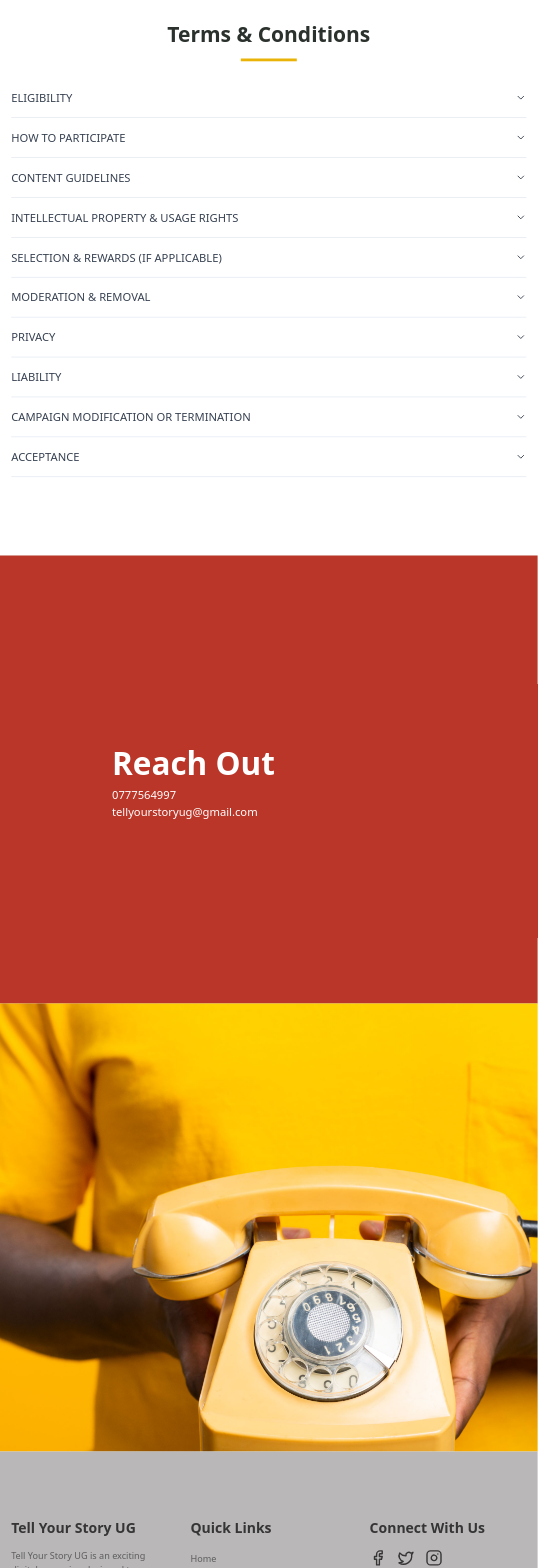
Repository: kaizoku010/take.part
Page: /
The author's editor kept a copy of each file at every save. The page is drawn from the files as they stood at one save, then again after a run of saves.
The browser window is 768 px wide. The pictures show the part of the page from y = 3742 to 5982 px (the page is 6315 px tall), at 70% of full size.
Backgrounds fixed to the window are drawn as part of the page. The project was rebuilt for these pictures with package versions that can differ from the ones it lists, and the page was loaded fresh each time. Also part of the build but not shown: vite.config.ts, src/components/ui/tooltip.tsx, src/pages/About.tsx, src/components/ui/input.tsx, src/pages/Stories.tsx, src/pages/StoryDetail.tsx, src/components/ui/use-toast.ts, src/components/ui/label.tsx and 3 more.

Above is the page before, as saved 2025-04-14 17:04:57.

### index.html

<!DOCTYPE html>
<html lang="en">
  <head>
    <meta charset="UTF-8" />
    <meta name="viewport" content="width=device-width, initial-scale=1.0" />
    <title>TAKE PART</title>
    <meta name="description" content="Share your Ugandan tourism experiences and inspire others to explore the Pearl of Africa" />
    <meta name="author" content="muneza dixon" />

    <meta property="og:title" content="Tell Your Story UG - Explore Uganda" />
    <meta property="og:description" content="Share your Ugandan tourism experiences and inspire others to explore the Pearl of Africa" />

    <!-- Meta Pixel Code -->
    <script>
    !function(f,b,e,v,n,t,s)
    {if(f.fbq)return;n=f.fbq=function(){n.callMethod?
    n.callMethod.apply(n,arguments):n.queue.push(arguments)};
    if(!f._fbq)f._fbq=n;n.push=n;n.loaded=!0;n.version='2.0';
    n.queue=[];t=b.createElement(e);t.async=!0;
    t.src=v;s=b.getElementsByTagName(e)[0];
    s.parentNode.insertBefore(t,s)}(window, document,'script',
    'https://connect.facebook.net/en_US/fbevents.js');
    fbq('init', '1846327909352916');
    fbq('track', 'PageView');
    </script>
    <!-- End Meta Pixel Code -->
  </head>

  <body>
    <div id="root"></div>
    <!-- Facebook Pixel noscript -->
    <noscript><img height="1" width="1" style="display:none"
    src="https://www.facebook.com/tr?id=1846327909352916&ev=PageView&noscript=1"
    /></noscript>
    <!-- IMPORTANT: DO NOT REMOVE THIS SCRIPT TAG OR THIS VERY COMMENT! -->
    <script src="https://cdn.gpteng.co/gptengineer.js" type="module"></script>
    <script type="module" src="/src/main.tsx"></script>
  </body>
</html>

### src/App.tsx

import { Toaster } from "@/components/ui/toaster";
import { Toaster as Sonner } from "@/components/ui/sonner";
import { TooltipProvider } from "@/components/ui/tooltip";
import { QueryClient, QueryClientProvider } from "@tanstack/react-query";
import { BrowserRouter, Routes, Route } from "react-router-dom";
import Home from "./pages/Home";
import About from "./pages/About";
import Stories from "./pages/Stories";
import StoryDetail from "./pages/StoryDetail";
import SubmitStory from "./pages/SubmitStory";
import NotFound from "./pages/NotFound";
import "./mdx.css";
import "./mobile.css"

const queryClient = new QueryClient();

const App = () => (
  <QueryClientProvider client={queryClient}>
    <TooltipProvider>
      <Toaster />
      <Sonner />
      <BrowserRouter>
        <Routes>
          <Route path="/" element={<Home />} />
          <Route path="/about" element={<About />} />
          <Route path="/stories" element={<Stories />} />
          <Route path="/stories/:id" element={<StoryDetail />} />
          <Route path="/submit-story" element={<SubmitStory />} />
          {/* ADD ALL CUSTOM ROUTES ABOVE THE CATCH-ALL "*" ROUTE */}
          <Route path="*" element={<NotFound />} />
        </Routes>
      </BrowserRouter>
    </TooltipProvider>
  </QueryClientProvider>
);

export default App;

### src/index.css
@tailwind base;
@tailwind components;
@tailwind utilities;

@layer base {
  :root {
    --background: 0 0% 100%;
    --foreground: 222.2 84% 4.9%;

    --card: 0 0% 100%;
    --card-foreground: 222.2 84% 4.9%;

    --popover: 0 0% 100%;
    --popover-foreground: 222.2 84% 4.9%;

    /* Main Orange/Gold */
    --primary: 41.81 100% 49.8%;
    --primary-foreground: 210 40% 98%;

    /* Rust Red */
    --secondary: 5.38 63.88% 44.51%;
    --secondary-foreground: 210 40% 98%;

    /* Change accent to Rust Red */
    --accent: 5.38 63.88% 44.51%;
    --accent-foreground: 210 40% 98%;

    --muted: 210 40% 96.1%;
    --muted-foreground: 215.4 16.3% 46.9%;

    --destructive: 0 84.2% 60.2%;
    --destructive-foreground: 210 40% 98%;

    --border: 214.3 31.8% 91.4%;
    --input: 214.3 31.8% 91.4%;
    --ring: 5.38 63.88% 44.51%;  /* Changed to Rust Red */

    --radius: 0.5rem;

    --sidebar-background: 0 0% 98%;

    --sidebar-foreground: 240 5.3% 26.1%;

    --sidebar-primary: 240 5.9% 10%;

    --sidebar-primary-foreground: 0 0% 98%;

    --sidebar-accent: 240 4.8% 95.9%;

    --sidebar-accent-foreground: 240 5.9% 10%;

    --sidebar-border: 220 13% 91%;

    --sidebar-ring: 217.2 91.2% 59.8%;
  }

  .dark {
    --background: 222.2 84% 4.9%;
    --foreground: 210 40% 98%;

    --card: 222.2 84% 4.9%;
    --card-foreground: 210 40% 98%;

    --popover: 222.2 84% 4.9%;
    --popover-foreground: 210 40% 98%;

    /* Main Orange/Gold */
    --primary: 41.81 100% 49.8%;
    --primary-foreground: 210 40% 98%;

    /* Rust Red */
    --secondary: 5.38 63.88% 44.51%;
    --secondary-foreground: 210 40% 98%;

    /* Change accent to Rust Red */
    --accent: 5.38 63.88% 44.51%;
    --accent-foreground: 210 40% 98%;

    --muted: 217.2 32.6% 17.5%;
    --muted-foreground: 215 20.2% 65.1%;

    --destructive: 0 62.8% 30.6%;
    --destructive-foreground: 210 40% 98%;

    --border: 217.2 32.6% 17.5%;
    --input: 217.2 32.6% 17.5%;
    --ring: 5.38 63.88% 44.51%;  /* Changed to Rust Red */
    --sidebar-background: 240 5.9% 10%;
    --sidebar-foreground: 240 4.8% 95.9%;
    --sidebar-primary: 224.3 76.3% 48%;
    --sidebar-primary-foreground: 0 0% 100%;
    --sidebar-accent: 240 3.7% 15.9%;
    --sidebar-accent-foreground: 240 4.8% 95.9%;
    --sidebar-border: 240 3.7% 15.9%;
    --sidebar-ring: 217.2 91.2% 59.8%;
  }
}

@layer base {
  * {
    @apply border-border;
  }

  body {
    @apply bg-background text-foreground;
  }
}

### src/components/ui/toaster.tsx
import { useToast } from "@/hooks/use-toast"
import {
  Toast,
  ToastClose,
  ToastDescription,
  ToastProvider,
  ToastTitle,
  ToastViewport,
} from "@/components/ui/toast"

export function Toaster() {
  const { toasts } = useToast()

  return (
    <ToastProvider>
      {toasts.map(function ({ id, title, description, action, ...props }) {
        return (
          <Toast key={id} {...props}>
            <div className="grid gap-1">
              {title && <ToastTitle>{title}</ToastTitle>}
              {description && (
                <ToastDescription>{description}</ToastDescription>
              )}
            </div>
            {action}
            <ToastClose />
          </Toast>
        )
      })}
      <ToastViewport />
    </ToastProvider>
  )
}

### src/components/ui/sonner.tsx
import { useTheme } from "next-themes"
import { Toaster as Sonner, toast } from "sonner"

type ToasterProps = React.ComponentProps<typeof Sonner>

const Toaster = ({ ...props }: ToasterProps) => {
  const { theme = "system" } = useTheme()

  return (
    <Sonner
      theme={theme as ToasterProps["theme"]}
      className="toaster group"
      toastOptions={{
        classNames: {
          toast:
            "group toast group-[.toaster]:bg-background group-[.toaster]:text-foreground group-[.toaster]:border-border group-[.toaster]:shadow-lg",
          description: "group-[.toast]:text-muted-foreground",
          actionButton:
            "group-[.toast]:bg-primary group-[.toast]:text-primary-foreground",
          cancelButton:
            "group-[.toast]:bg-muted group-[.toast]:text-muted-foreground",
        },
      }}
      {...props}
    />
  )
}

export { Toaster, toast }

### src/mdx.css
#hero-text{
    font-size: 1.2rem !important;
    line-height: unset !important;
}

#logo{
    width: 6rem !important;
}

#nav{
    background-color: white !important;

}

#link{
    font-size: small !important;
    font-weight: 500;
color:rgba(0, 0, 0, 0.658) !important;
}


.bg-green-800{
    background-color: #ba3629 !important;
}

.bg-yellow-800{
    background-color: rgb(254, 177, 0) !important;
}


.bg-yellow-dx{
    background-color: rgb(254, 177, 0) !important;
}

.bg-green-900 {
    color: rgb(54, 53, 53) !important;
background-color: rgb(185, 183, 183) !important;
}


.text-green-800 {
    --tw-text-opacity: 1;
    color: rgb(43 49 45) !important;
}


.text-gray-hound{
    font-size: small;
    color: rgb(94, 94, 94) !important;
}


#carousel-section{
    padding-top: 5rem;
    padding-bottom: 5rem;
    background-color: #feb100 !important;
}

.bg-background {
    background-color: #212120 !important;
}

#prizes-section{
    height: 40rem !important;
    display: flex;
    padding-left: 10rem;
    background-position: bottom;
    background-attachment: fixed;
    width: 100%;
    background-image: url("../src/media/zebs.jpg");
}


.content-prizes{
display: flex;
/* background-color: red; */
width: 100%;
flex-direction: column;
justify-content: center;
}

.content-prizes-2{
display: flex;
background-color: transparent;
width: 100%;
flex-direction: column;
}

.win-title{

    font-weight: 800;
    font-size: 2rem;
    margin-bottom: 1rem;
    color: white;
}

.prize{
    display: flex;

    /* margin-bottom: 1rem; */
    font-weight: 200;
    /* font-size: 2rem; */
    align-items: center;
    color: white;
}

.prize img{
    width: 2.5rem;
    height: 2rem;
}


.take-part{
    background-color: #feb100;
    color: rgb(54, 52, 52);
    padding: 0.7rem;
    margin-top: 2rem;
    width: 10rem;
    font-weight: bold;
    font-size: small;
    border-radius: 10px;

}

.take-part:hover{
    color: white !important;
background-color: #ba3629 !important;
}


#vist-ug{
    background-color: #ba3629 !important;
}


#vist-ug:hover{
    background-color: transparent !important;
}


#footer{
    padding-top: 6rem;
    padding-bottom: 6rem;
}

#cta{
    height: 30rem;
    display: flex;
    flex-direction: column;
    justify-content: center;
    /* padding-top: 5rem !important;
    padding-bottom: 5rem !important; */
}


#contact{
    display: flex;
    /* background-image: url("../src/media/call.jpg"); */
}


#cta-section{
    width: 100%;
    height: 40rem;
    justify-content: center;
    display: flex;
    color: white;
    flex-direction: column;
    background-color: #ba3629 !important;
}

#cta-section-2{
    width: 100%;
    height: 40rem;
    background-size: cover;
    background-image: url("../src/media/call.jpg");
    background-color: #feb100 !important;
}

.call-title{
    padding-left: 10rem;
    font-size: 45px;
    font-weight: 800;

}

#cta-section > p{
    padding-left: 10rem;

}

### src/mobile.css
@media (max-width: 768px) {
    header {
      padding: 0.5rem 0;
    }

    .mobile-menu {
      position: absolute;
      top: 100%;
      left: 0;
      right: 0;
      background-color: #166534; /* green-800 */
      padding: 1rem;
      box-shadow: 0 2px 4px rgba(0,0,0,0.1);
    }

    .mobile-menu a {
      display: block;
      padding: 0.75rem 1rem;
      color: white;
      border-bottom: 1px solid rgba(255,255,255,0.1);
    }

    .mobile-menu a:last-child {
      border-bottom: none;
    }


    #contact {
        display: flex;
        flex-direction: column;
    }

#cta-section{
    flex-direction: column;
}

  }

### src/components/ui/button.tsx
import * as React from "react"
import { Slot } from "@radix-ui/react-slot"
import { cva, type VariantProps } from "class-variance-authority"

import { cn } from "@/lib/utils"

const buttonVariants = cva(
  "inline-flex items-center justify-center gap-2 whitespace-nowrap rounded-md text-sm font-medium ring-offset-background transition-colors focus-visible:outline-none focus-visible:ring-2 focus-visible:ring-ring focus-visible:ring-offset-2 disabled:pointer-events-none disabled:opacity-50 [&_svg]:pointer-events-none [&_svg]:size-4 [&_svg]:shrink-0",
  {
    variants: {
      variant: {
        default: "bg-primary text-primary-foreground hover:bg-primary/90",
        destructive:
          "bg-destructive text-destructive-foreground hover:bg-destructive/90",
        outline:
          "border border-input bg-background hover:bg-accent hover:text-accent-foreground",
        secondary:
          "bg-secondary text-secondary-foreground hover:bg-secondary/80",
        ghost: "hover:bg-accent hover:text-accent-foreground",
        link: "text-primary underline-offset-4 hover:underline",
      },
      size: {
        default: "h-10 px-4 py-2",
        sm: "h-9 rounded-md px-3",
        lg: "h-11 rounded-md px-8",
        icon: "h-10 w-10",
      },
    },
    defaultVariants: {
      variant: "default",
      size: "default",
    },
  }
)

export interface ButtonProps
  extends React.ButtonHTMLAttributes<HTMLButtonElement>,
    VariantProps<typeof buttonVariants> {
  asChild?: boolean
}

const Button = React.forwardRef<HTMLButtonElement, ButtonProps>(
  ({ className, variant, size, asChild = false, ...props }, ref) => {
    const Comp = asChild ? Slot : "button"
    return (
      <Comp
        className={cn(buttonVariants({ variant, size, className }))}
        ref={ref}
        {...props}
      />
    )
  }
)
Button.displayName = "Button"

export { Button, buttonVariants }

### src/components/ui/card.tsx
import * as React from "react"

import { cn } from "@/lib/utils"

const Card = React.forwardRef<
  HTMLDivElement,
  React.HTMLAttributes<HTMLDivElement>
>(({ className, ...props }, ref) => (
  <div
    ref={ref}
    className={cn(
      "rounded-lg border bg-card text-card-foreground shadow-sm",
      className
    )}
    {...props}
  />
))
Card.displayName = "Card"

const CardHeader = React.forwardRef<
  HTMLDivElement,
  React.HTMLAttributes<HTMLDivElement>
>(({ className, ...props }, ref) => (
  <div
    ref={ref}
    className={cn("flex flex-col space-y-1.5 p-6", className)}
    {...props}
  />
))
CardHeader.displayName = "CardHeader"

const CardTitle = React.forwardRef<
  HTMLParagraphElement,
  React.HTMLAttributes<HTMLHeadingElement>
>(({ className, ...props }, ref) => (
  <h3
    ref={ref}
    className={cn(
      "text-2xl font-semibold leading-none tracking-tight",
      className
    )}
    {...props}
  />
))
CardTitle.displayName = "CardTitle"

const CardDescription = React.forwardRef<
  HTMLParagraphElement,
  React.HTMLAttributes<HTMLParagraphElement>
>(({ className, ...props }, ref) => (
  <p
    ref={ref}
    className={cn("text-sm text-muted-foreground", className)}
    {...props}
  />
))
CardDescription.displayName = "CardDescription"

const CardContent = React.forwardRef<
  HTMLDivElement,
  React.HTMLAttributes<HTMLDivElement>
>(({ className, ...props }, ref) => (
  <div ref={ref} className={cn("p-6 pt-0", className)} {...props} />
))
CardContent.displayName = "CardContent"

const CardFooter = React.forwardRef<
  HTMLDivElement,
  React.HTMLAttributes<HTMLDivElement>
>(({ className, ...props }, ref) => (
  <div
    ref={ref}
    className={cn("flex items-center p-6 pt-0", className)}
    {...props}
  />
))
CardFooter.displayName = "CardFooter"

export { Card, CardHeader, CardFooter, CardTitle, CardDescription, CardContent }

### src/components/layout/Layout.tsx

import { ReactNode } from "react";
import Header from "./Header";
import Footer from "./Footer";

interface LayoutProps {
  children: ReactNode;
}

const Layout = ({ children }: LayoutProps) => {
  return (
    <div className="flex flex-col min-h-screen">
      <Header />
      <main className="flex-grow">
        {children}
      </main>
      <Footer />
    </div>
  );
};

export default Layout;

### src/components/ui/accordion.tsx
import * as React from "react"
import * as AccordionPrimitive from "@radix-ui/react-accordion"
import { ChevronDown } from "lucide-react"

import { cn } from "@/lib/utils"

const Accordion = AccordionPrimitive.Root

const AccordionItem = React.forwardRef<
  React.ElementRef<typeof AccordionPrimitive.Item>,
  React.ComponentPropsWithoutRef<typeof AccordionPrimitive.Item>
>(({ className, ...props }, ref) => (
  <AccordionPrimitive.Item
    ref={ref}
    className={cn("border-b", className)}
    {...props}
  />
))
AccordionItem.displayName = "AccordionItem"

const AccordionTrigger = React.forwardRef<
  React.ElementRef<typeof AccordionPrimitive.Trigger>,
  React.ComponentPropsWithoutRef<typeof AccordionPrimitive.Trigger>
>(({ className, children, ...props }, ref) => (
  <AccordionPrimitive.Header className="flex">
    <AccordionPrimitive.Trigger
      ref={ref}
      className={cn(
        "flex flex-1 items-center justify-between py-4 font-medium transition-all hover:underline [&[data-state=open]>svg]:rotate-180",
        className
      )}
      {...props}
    >
      {children}
      <ChevronDown className="h-4 w-4 shrink-0 transition-transform duration-200" />
    </AccordionPrimitive.Trigger>
  </AccordionPrimitive.Header>
))
AccordionTrigger.displayName = AccordionPrimitive.Trigger.displayName

const AccordionContent = React.forwardRef<
  React.ElementRef<typeof AccordionPrimitive.Content>,
  React.ComponentPropsWithoutRef<typeof AccordionPrimitive.Content>
>(({ className, children, ...props }, ref) => (
  <AccordionPrimitive.Content
    ref={ref}
    className="overflow-hidden text-sm transition-all data-[state=closed]:animate-accordion-up data-[state=open]:animate-accordion-down"
    {...props}
  >
    <div className={cn("pb-4 pt-0", className)}>{children}</div>
  </AccordionPrimitive.Content>
))

AccordionContent.displayName = AccordionPrimitive.Content.displayName

export { Accordion, AccordionItem, AccordionTrigger, AccordionContent }

### src/components/layout/Footer.tsx

import { Facebook, Instagram, Twitter } from "lucide-react";
import { Link } from "react-router-dom";

const Footer = () => {
  return (
    <footer id="footer" className="bg-green-900 text-white py-10">
      <div className="container mx-auto px-4">
        <div className="grid grid-cols-1 md:grid-cols-3 gap-8">
          <div>
            <h3 className="text-xl font-bold mb-4">Tell Your Story UG</h3>
            <p className="text-gray-300 text-gray-hound">
            Tell Your Story UG is an exciting digital campaign designed to showcase the beauty, adventure, and culture of Uganda through the eyes of its travelers. We invite everyone (locals, tourists, and travel enthusiasts) to share their unique Ugandan tourism experiences and inspire others to explore the Pearl of Africa.
                        </p>
          </div>

          <div>
            <h3 className="text-xl font-bold mb-4">Quick Links</h3>
            <ul className="space-y-2">
              <li><Link to="/" className="text-gray-hound text-gray-300 hover:text-yellow-400 transition-colors">Home</Link></li>
              <li><Link to="/stories" className="text-gray-hound text-gray-300 hover:text-yellow-400 transition-colors">Stories</Link></li>
              <li><Link to="/submit-story" className="text-gray-hound text-gray-300 hover:text-yellow-400 transition-colors">Submit Story</Link></li>
              <li><Link to="/about" className="text-gray-hound text-gray-300 hover:text-yellow-400 transition-colors">About</Link></li>
            </ul>
          </div>

          <div>
            <h3 className="text-xl font-bold mb-4">Connect With Us</h3>
            <div className="flex space-x-4">
              <a href="https://facebook.com" target="_blank" rel="noopener noreferrer" className="hover:text-yellow-400 transition-colors">
                <Facebook size={24} />
              </a>
              <a href="https://twitter.com" target="_blank" rel="noopener noreferrer" className="hover:text-yellow-400 transition-colors">
                <Twitter size={24} />
              </a>
              <a href="https://instagram.com" target="_blank" rel="noopener noreferrer" className="hover:text-yellow-400 transition-colors">
                <Instagram size={24} />
              </a>
            </div>
            <p className="mt-4 text-gray-300 text-gray-hound">
              Email: <a href="mailto:info@tellyourstoryug.com" className="text-gray-hound hover:text-yellow-400 transition-colors">info@tellyourstoryug.com</a>
            </p>
          </div>
        </div>

        <div className="mt-8 pt-4 border-t border-green-800 text-center text-gray-300 text-gray-hound">
          <p>&copy; {new Date().getFullYear()} Tell Your Story UG. All rights reserved.</p>
        </div>
      </div>
    </footer>
  );
};

export default Footer;

### tailwind.config.ts
import type { Config } from "tailwindcss";

export default {
	darkMode: ["class"],
	content: [
		"./pages/**/*.{ts,tsx}",
		"./components/**/*.{ts,tsx}",
		"./app/**/*.{ts,tsx}",
		"./src/**/*.{ts,tsx}",
	],
	prefix: "",
	theme: {
		container: {
			center: true,
			padding: '2rem',
			screens: {
				'2xl': '1400px'
			}
		},
		extend: {
			colors: {
				main: 'hsl(41.81, 100%, 49.8%)',    // Orange/Gold
				accent: 'hsl(5.38, 63.88%, 44.51%)', // Rust Red
				border: 'hsl(var(--border))',
				input: 'hsl(var(--input))',
				ring: 'hsl(var(--ring))',
				background: 'hsl(var(--background))',
				foreground: 'hsl(var(--foreground))',
				primary: {
					DEFAULT: 'hsl(var(--primary))',
					foreground: 'hsl(var(--primary-foreground))'
				},
				secondary: {
					DEFAULT: 'hsl(var(--secondary))',
					foreground: 'hsl(var(--secondary-foreground))'
				},
				destructive: {
					DEFAULT: 'hsl(var(--destructive))',
					foreground: 'hsl(var(--destructive-foreground))'
				},
				muted: {
					DEFAULT: 'hsl(var(--muted))',
					foreground: 'hsl(var(--muted-foreground))'
				},
				// accent: {
				// 	DEFAULT: 'hsl(var(--accent))',
				// 	foreground: 'hsl(var(--accent-foreground))'
				// },
				popover: {
					DEFAULT: 'hsl(var(--popover))',
					foreground: 'hsl(var(--popover-foreground))'
				},
				card: {
					DEFAULT: 'hsl(var(--card))',
					foreground: 'hsl(var(--card-foreground))'
				},
				sidebar: {
					DEFAULT: 'hsl(var(--sidebar-background))',
					foreground: 'hsl(var(--sidebar-foreground))',
					primary: 'hsl(var(--sidebar-primary))',
					'primary-foreground': 'hsl(var(--sidebar-primary-foreground))',
					accent: 'hsl(var(--sidebar-accent))',
					'accent-foreground': 'hsl(var(--sidebar-accent-foreground))',
					border: 'hsl(var(--sidebar-border))',
					ring: 'hsl(var(--sidebar-ring))'
				}
			},
			borderRadius: {
				lg: 'var(--radius)',
				md: 'calc(var(--radius) - 2px)',
				sm: 'calc(var(--radius) - 4px)'
			},
			keyframes: {
				'accordion-down': {
					from: {
						height: '0'
					},
					to: {
						height: 'var(--radix-accordion-content-height)'
					}
				},
				'accordion-up': {
					from: {
						height: 'var(--radix-accordion-content-height)'
					},
					to: {
						height: '0'
					}
				}
			},
			animation: {
				'accordion-down': 'accordion-down 0.2s ease-out',
				'accordion-up': 'accordion-up 0.2s ease-out'
			}
		}
	},
	plugins: [require("tailwindcss-animate")],
} satisfies Config;

Loaded but not shown: src/main.tsx (common file); src/hooks/use-toast.ts (common file); src/lib/utils.ts (common file); src/pages/Home.tsx (610 lines, source omitted); src/components/ui/carousel.tsx (260 lines, source omitted); src/components/ui/toast.tsx (127 lines, source omitted); src/components/layout/Header.tsx (66 lines, source omitted)

After the next 3 saves:
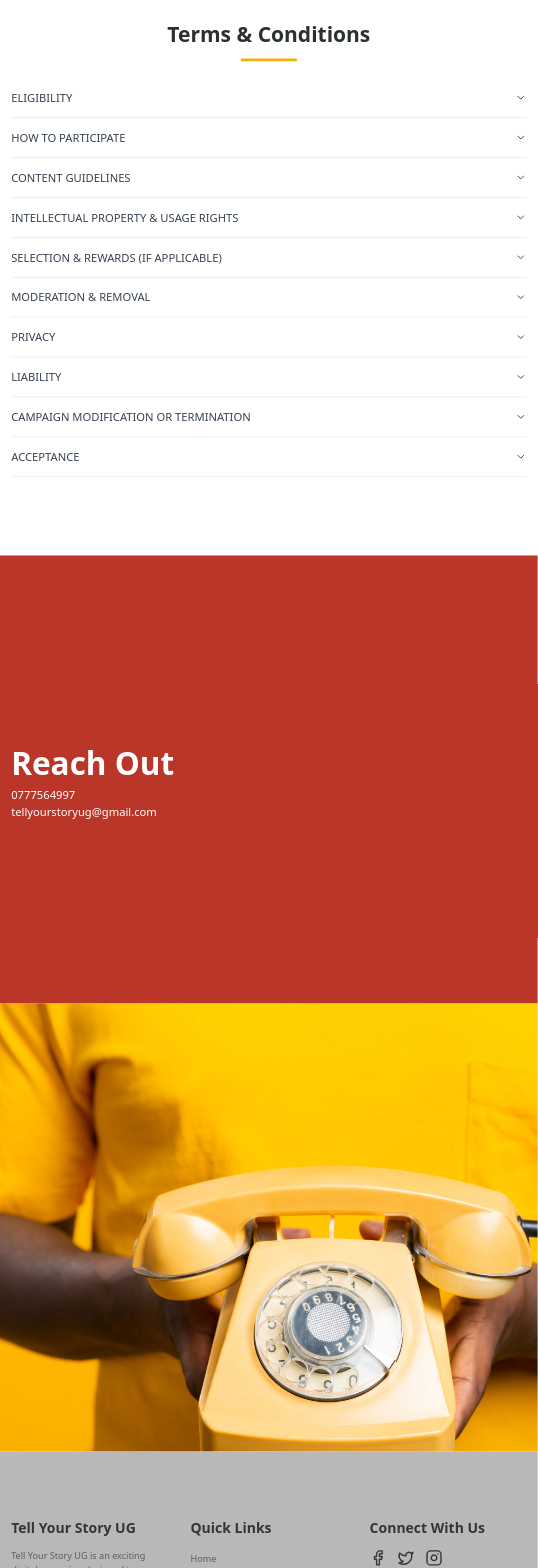
The 3 saves are shown as one change because they came seconds apart.
The last was saved 41 s later.
--- a/src/mobile.css
+++ b/src/mobile.css
@@ -34,4 +34,16 @@
     flex-direction: column;
 }
 
+.call-title{
+    padding-left: 1rem;
+    font-size: 45px;
+    font-weight: 800;
+
+}
+
+#cta-section > p{
+    padding-left: 1rem;
+
+}
+
   }
